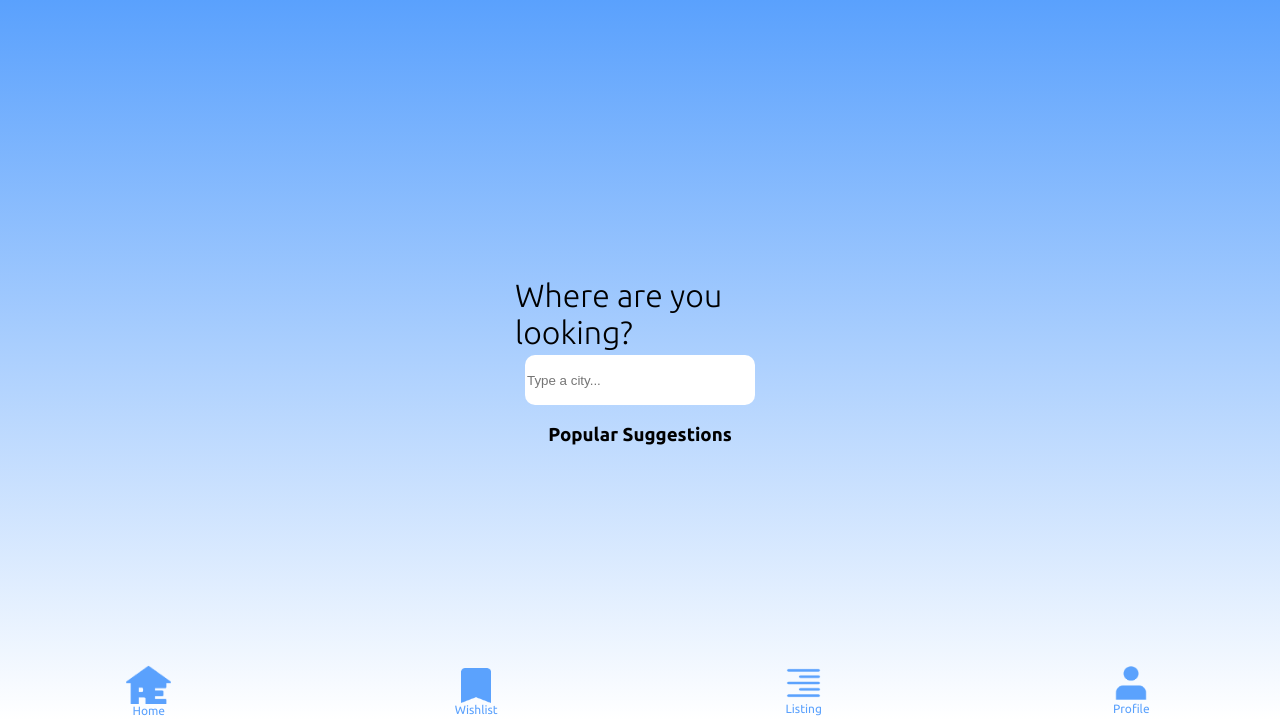
Repository: msyukurrr/realeasy
Page: /listing
These files come from the project's save history. The page is drawn as it stood at one moment and after a run of saves; the edit follows.
The browser window is 1280 px wide. The pictures show the whole page.
The project was rebuilt for these pictures with package versions that can differ from the ones it lists, and the page was loaded fresh each time. The framework's server and built-in components were replaced by stand-ins that run in the browser. Also part of the build but not shown: next.config.js.

Above is the page before, as saved 2023-01-27 20:07:33.

### pages/listing.js
import Heading from "../components/Heading";
import NavBar from "../components/NavBar";
import styles from "../styles/Home.module.css"
import MainButton from "../components/Button.js";


export default function Listing(){
    return(
        <><div className={styles.listing}>

        <Heading headingtxt="Where are you looking?"/>

        <input placeholder="Type a city..." style={{width:230, height:50, borderRadius:10, backgroundColor:"white", border:'transparent'}}></input>

        <h3>Popular Suggestions</h3>








        </div>
        <NavBar></NavBar>

        </>
    )
}

### styles/globals.css
@import url('https://fonts.googleapis.com/css2?family=Ubuntu:ital,wght@0,300;0,400;0,500;0,700;1,300;1,400;1,500;1,700&display=swap');

html,
body {
  padding: 0;
  margin: 0;
  font-family: "Ubuntu", sans-serif;
  background-color: #E6EEF8;
}

a {
  color: inherit;
  text-decoration: none;
}

* {
  box-sizing: border-box;
}

@media (prefers-color-scheme: dark) {
  html {
    color-scheme: dark;
  }
  body {
    color: white;
    background: E6EEF8;
  }
}

### components/Heading.js
import styled from "styled-components";

const Container = styled.div`
display: flex;
margin-left: 50px;
width: 300px;
height: 100px;

`

const Word = styled.h1`

color: ${props=>props.color};
font-weight: ${props=>props.fontweight};
`

export default function Heading({
    h1="Recommended by people around you",
    fw="300",
    color="#5AA1FD",
    headingtxt="Recommended by people around you"
}){
    return<>
    <Container>
    <Word fontweight={fw}
    >{headingtxt}</Word>
    </Container>
    </>
}

### components/NavBar.js
import styled from "styled-components";
import Link from "next/link";

const NavBarCont = styled.div`
position: fixed;
bottom: 0;
width: 100%;
`
const NavCont = styled.nav`
display: flex;
justify-content: space-around;
width: 100%;
background-color: transparent;
height: 60px;
`
const HomeCont = styled.div`
width: 50px;
height: 50px;
display:flex;
flex-direction: column;
justify-content: center;
align-items: center;
margin-top: ${props=>props.margintop};
`
const WishlistCont = styled.div`
width: 50px;
height: 50px;
display:flex;
flex-direction: column;
justify-content: center;
align-items: center;
margin-left: 30px;
margin-top: ${props=>props.margintop};
margin-bottom: ${props=>props.marginbottom};
`
const ListingCont = styled.div`
width: 50px;

display:flex;
flex-direction: column;
justify-content: center;
align-items: center;
margin-left: 30px;
margin-top: ${props=>props.margintop};
`
const ProfileCont = styled.div`
display:flex;
margin-left: 30px;
margin-top: ${props=>props.margintop};
`

const Icon = styled.img`
display: flex;
justify-content: center;
height: ${props=>props.height};
width: ${props=>props.width};
display: flex;
`

const NavList = styled.span`
display: flex;
align-self: center;
color: #5AA1FD;
font-size: 12px;
`


export default function NavBar({
    mt="5px",
    mb=""
}){
    return <NavBarCont>
    <NavCont>
        <Link href="/">
            <HomeCont margintop="6px">
                <Icon src='./logo.png' height="45px" width="45px"/>
                <NavList>Home</NavList>
            </HomeCont>
        </Link>
        <Link href="/wishlist">
            <WishlistCont margintop="7px">
                <Icon src='./wishlist.png' height="35px" width="30px"></Icon>
                <NavList>Wishlist</NavList>
            </WishlistCont>
        </Link>
        <Link href="/listing">
            <ListingCont margintop="4px">
                <Icon src='./listing.png' height="38px" width="45px"></Icon>
                <NavList>Listing</NavList>
            </ListingCont>
        </Link>
        <Link href="/profile">
            <ListingCont margintop="4px">
                <Icon src='./user.png' height="38px" width="40px"></Icon>
                <NavList>Profile</NavList>
            </ListingCont>
        </Link>
    </NavCont>
    </NavBarCont>
}

### styles/Home.module.css
.container {
  padding: 0 2rem;
}

.main {
  min-height: 100vh;
  padding: 4rem 0;
  flex: 1;
  display: flex;
  flex-direction: column;
  justify-content: center;
  align-items: center;
}


.listing {
  min-height: 100vh;
  padding: 4rem 0;
  flex: 1;
  display: flex;
  flex-direction: column;
  justify-content: center;
  align-items: center;
  background-image: linear-gradient(#5AA1FD, white);
}

.footer {
  display: flex;
  flex: 1;
  padding: 2rem 0;
  border-top: 1px solid #eaeaea;
  justify-content: center;
  align-items: center;
}

.footer a {
  display: flex;
  justify-content: center;
  align-items: center;
  flex-grow: 1;
}

.title a {
  color: #0070f3;
  text-decoration: none;
}

.title a:hover,
.title a:focus,
.title a:active {
  text-decoration: underline;
}

.title {
  margin: 0;
  line-height: 1.15;
  font-size: 4rem;
}

.title,
.description {
  text-align: center;
}

.description {
  margin: 4rem 0;
  line-height: 1.5;
  font-size: 1.5rem;
}

.code {
  background: #fafafa;
  border-radius: 5px;
  padding: 0.75rem;
  font-size: 1.1rem;
  font-family: Menlo, Monaco, Lucida Console, Liberation Mono, DejaVu Sans Mono,
    Bitstream Vera Sans Mono, Courier New, monospace;
}

.grid {
  display: flex;
  align-items: center;
  justify-content: center;
  flex-wrap: wrap;
  max-width: 800px;
}

.card {
  margin: 1rem;
  padding: 1.5rem;
  text-align: left;
  color: inherit;
  text-decoration: none;
  border: 1px solid #eaeaea;
  border-radius: 10px;
  transition: color 0.15s ease, border-color 0.15s ease;
  max-width: 300px;
}

.card:hover,
.card:focus,
.card:active {
  color: #0070f3;
  border-color: #0070f3;
}

.card h2 {
  margin: 0 0 1rem 0;
  font-size: 1.5rem;
}

.card p {
  margin: 0;
  font-size: 1.25rem;
  line-height: 1.5;
}

.logo {
  height: 1em;
  margin-left: 0.5rem;
}

@media (max-width: 600px) {
  .grid {
    width: 100%;
    flex-direction: column;
  }
}

@media (prefers-color-scheme: dark) {
  .card,
  .footer {
    border-color: #222;
  }
  .code {
    background: #111;
  }
  .logo img {
    filter: invert(1);
  }
}

### components/Button.js
import styled from "styled-components";

const ButtonCont = styled.div`
display: flex;
`

const Button = styled.button`
display:flex;
flex-direction: column;
margin: 10px;
align-items: center;
justify-content: center;
background-color: white;
color: #5AA1FD;
filter: drop-shadow(4px 2px 10px #949494);
height: ${props=>props.height};
width: ${props=>props.width};
border-radius: 15px;
border: none;
&:hover{
    border: 1px solid;
    padding: 10px;
    box-shadow: 2px 2px #888888;
}
`

const Icon = styled.img`
height: ${props=>props.height};
width: ${props=>props.width};
`

const Lbl = styled.span`
display: block;
font-size: ${props=>props.fontsize};
`

export default function MainButton ({
    onClick=()=>{},
    src='./logo.png',
    lbltxt='House',
    h="69px",
    w="69px",
    fs="11px",
    iconh="35px",
    iconw="35px"
}){
    return <ButtonCont>
        <Button onClick={onClick} height={h} width={w}>
            <Icon src={src} height={iconh} width={iconw}></Icon>
            <Lbl fontsize={fs}>{lbltxt}</Lbl>
        </Button>
    </ButtonCont>
}

Loaded but not shown: pages/_app.js (common file)

After the next 3 saves:
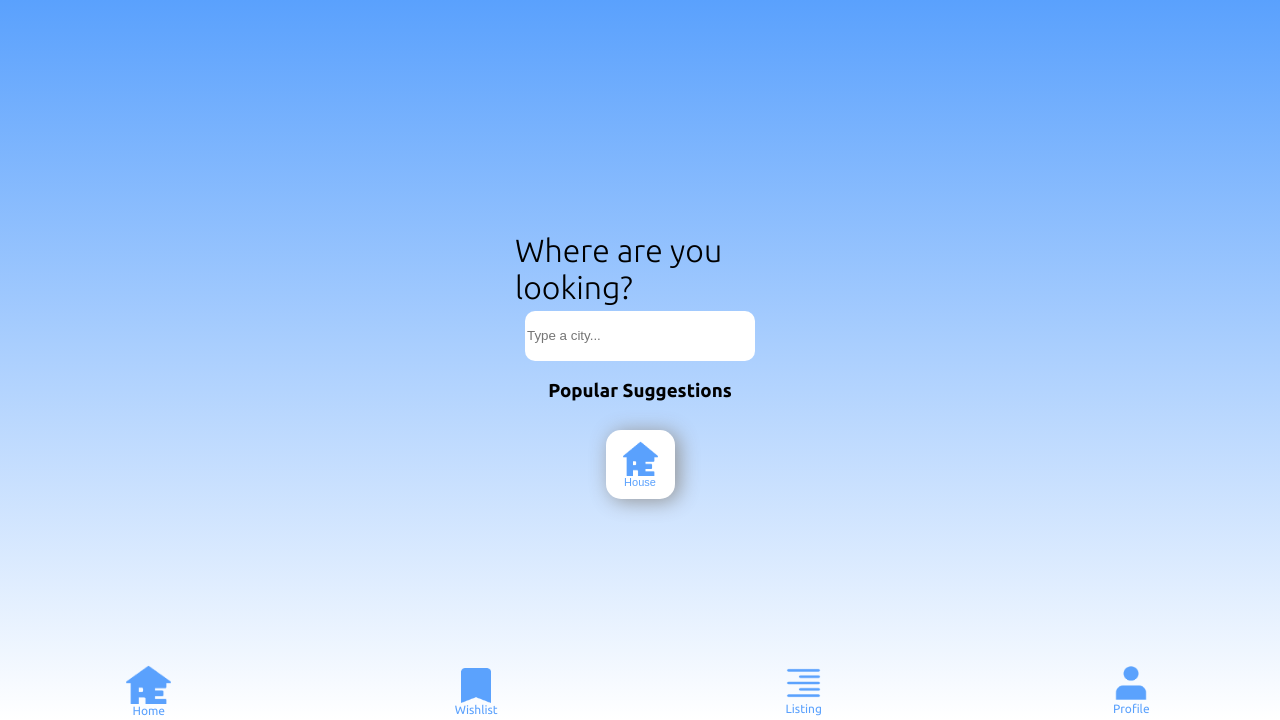
The 3 saves are shown as one change because 2 did not build or start.
The last was saved 23 s later.
--- a/pages/listing.js
+++ b/pages/listing.js
@@ -14,7 +14,7 @@ export default function Listing(){
 
         <h3>Popular Suggestions</h3>
 
-
+        <MainButton />
 
 
 
